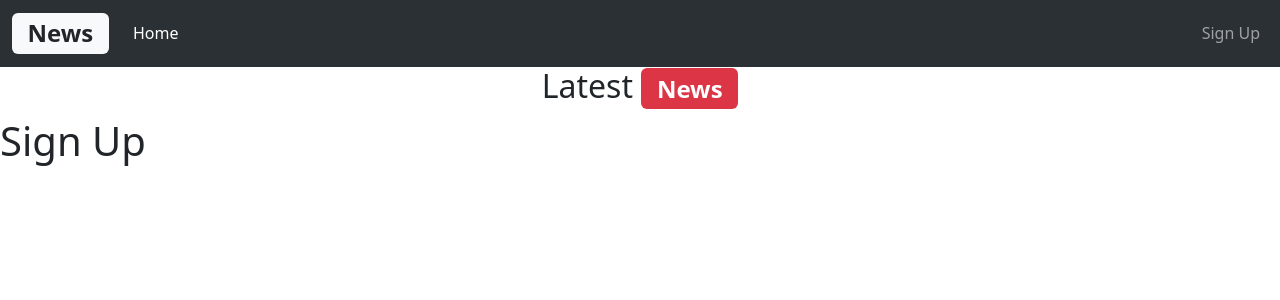
Repository: sshaiv/News_app
Page: /signup
The author's editor kept a copy of each file at every save. The page is drawn from the files as they stood at one save, then again after the next save.
The browser window is 1280 px wide. The pictures show the whole page.
The page's requests for data from a server got no answer. The project was rebuilt for these pictures with package versions that can differ from the ones it lists, and the page was loaded fresh each time. No one was signed in, and anything a server would have sent is missing. Also part of the build but not shown: vite.config.js, src/Components/NewsItem.jsx, src/index.css.

Above is the page before, as saved 2024-07-15 12:38:28.

### index.html
<!doctype html>
<html lang="en">
  <head>
    <meta charset="UTF-8" />

    <meta name="viewport" content="width=device-width, initial-scale=1.0" />
    <title>News Mag</title>
    <link href="https://cdn.jsdelivr.net/npm/bootstrap@5.3.3/dist/css/bootstrap.min.css" rel="stylesheet" integrity="sha384-QWTKZyjpPEjISv5WaRU9OFeRpok6YctnYmDr5pNlyT2bRjXh0JMhjY6hW+ALEwIH" crossorigin="anonymous">
  </head>
  <body>
    <div id="root"></div>
    <script type="module" src="/src/main.jsx"></script>
    <script src="https://cdn.jsdelivr.net/npm/bootstrap@5.3.3/dist/js/bootstrap.bundle.min.js" integrity="sha384-YvpcrYf0tY3lHB60NNkmXc5s9fDVZLESaAA55NDzOxhy9GkcIdslK1eN7N6jIeHz" crossorigin="anonymous"></script>
  </body>
</html>

### src/App.jsx
import React from 'react';
import { BrowserRouter as Router, Route, Routes } from 'react-router-dom';
import Navbar from './Components/Navbar'; // Ensure correct path
 // Ensure correct path
import SignUp from './Components/SignUp'; // Ensure correct path
import NewsBoard from './Components/NewsBoard';
// import NewsBoard from './Components/NewsBoard'; // Ensure correct path

const App = () => {
  return (
    <Router>
      <div>
        <Navbar />
        <NewsBoard/>
        <Routes>

          <Route path="/signup" element={<SignUp />} />
        </Routes>
      </div>
    </Router>
  );
}

export default App;

### src/Components/Navbar.jsx
import React from 'react';
import { Link } from 'react-router-dom';

const Navbar = () => {
  return (
    <div>
      <nav className="navbar navbar-expand-lg bg-body-tertiary" data-bs-theme="dark">
        <div className="container-fluid">
          <a className="navbar-brand" href="#">
            <span className="badge bg-light text-dark fs-4">News</span>
          </a>
          <button className="navbar-toggler" type="button" data-bs-toggle="collapse" data-bs-target="#navbarNav" aria-controls="navbarNav" aria-expanded="false" aria-label="Toggle navigation">
            <span className="navbar-toggler-icon"></span>
          </button>

          <div className="collapse navbar-collapse" id="navbarNav">
            <ul className="navbar-nav me-auto">
              <li className="nav-item">
                <a className="nav-link active" aria-current="page" href="#">Home</a>
              </li>
            </ul>
            <ul className="navbar-nav">
              <li className="nav-item">
                <Link className="nav-link" to="/signup">Sign Up</Link>
              </li>
            </ul>
          </div>
        </div>
      </nav>
    </div>
  );
}

export default Navbar;

### src/Components/SignUp.jsx
// import React from 'react';

const SignUp = () => {
  return (
    <div>
      <h1>Sign Up</h1>
      {/* Add your sign-up form here */}
    </div>
  );
}

export default SignUp;

### src/Components/NewsBoard.jsx
import { useEffect } from "react";
import { useState } from "react"
import NewsItem from "./NewsItem";

const NewsBoard = () => {

    const [articles,setArticles]=useState([]);

useEffect(()=>{
    let url = `https://newsapi.org/v2/top-headlines?country=us&category=business&apiKey=${import.meta.env.VITE_API_KEY}`;
    fetch(url).then(response=>response.json()).then(data=>setArticles(data.articles));
},[])

  return (
    <div>
      <h2 className="text-center">Latest <span className="badge bg-danger">News</span> </h2>
    {articles.map((news,index)=>{
        return <NewsItem key={index} title={news.title} description={news.description} src={news.urlToImage}  url={news.url} />
    })}
    </div>
  )
}

export default NewsBoard

Loaded but not shown: src/main.jsx (common file)

After the next save:
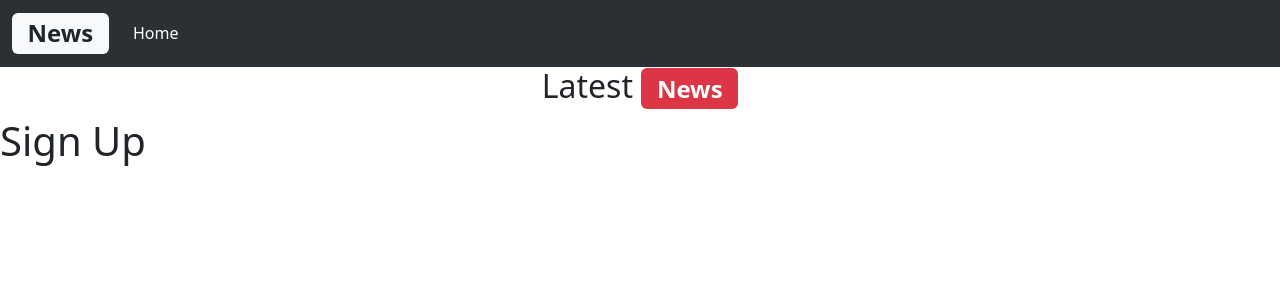
Saved 2 min 0 s later.
--- a/src/Components/Navbar.jsx
+++ b/src/Components/Navbar.jsx
@@ -1,34 +1,29 @@
 import React from 'react';
 import { Link } from 'react-router-dom';
+
 
 const Navbar = () => {
   return (
     <div>
       <nav className="navbar navbar-expand-lg bg-body-tertiary" data-bs-theme="dark">
-        <div className="container-fluid">
-          <a className="navbar-brand" href="#">
-            <span className="badge bg-light text-dark fs-4">News</span>
-          </a>
-          <button className="navbar-toggler" type="button" data-bs-toggle="collapse" data-bs-target="#navbarNav" aria-controls="navbarNav" aria-expanded="false" aria-label="Toggle navigation">
-            <span className="navbar-toggler-icon"></span>
-          </button>
+  <div className="container-fluid">
+    <a className="navbar-brand" href="#"> <span className="badge bg-light  text-dark fs-4">News</span> </a>
+    <button className="navbar-toggler" type="button" data-bs-toggle="collapse" data-bs-target="#navbarNav" aria-controls="navbarNav" aria-expanded="false" aria-label="Toggle navigation">
+      <span className="navbar-toggler-icon"></span>
+    </button>
 
-          <div className="collapse navbar-collapse" id="navbarNav">
-            <ul className="navbar-nav me-auto">
-              <li className="nav-item">
-                <a className="nav-link active" aria-current="page" href="#">Home</a>
-              </li>
-            </ul>
-            <ul className="navbar-nav">
-              <li className="nav-item">
-                <Link className="nav-link" to="/signup">Sign Up</Link>
-              </li>
-            </ul>
-          </div>
-        </div>
-      </nav>
+    <div className="collapse navbar-collapse" id="navbarNav">
+      <ul className="navbar-nav">
+        <li className="nav-item">
+          <a className="nav-link active" aria-current="page" href="#">Home</a>
+        </li>
+      </ul>
     </div>
-  );
+  </div>
+
+</nav>
+    </div>
+  )
 }
 
-export default Navbar;
+export default Navbar
